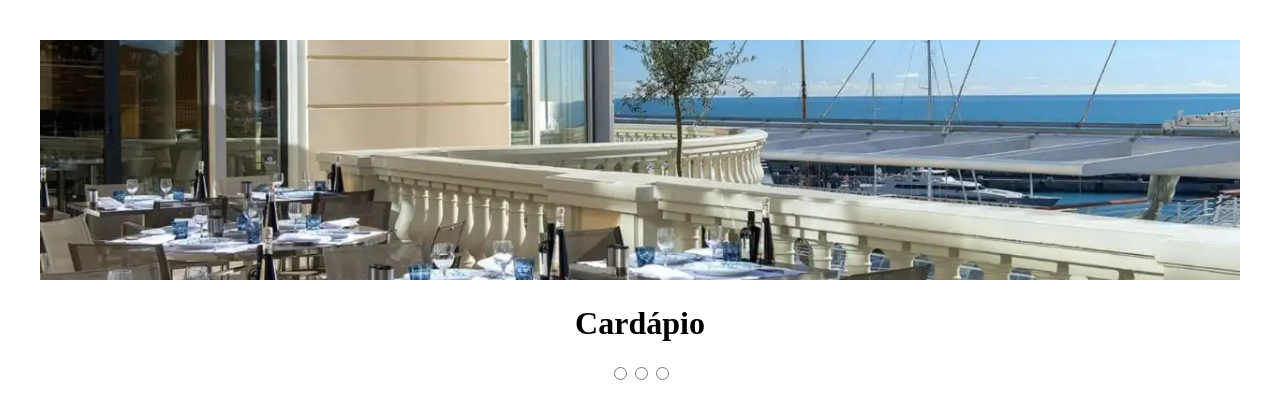
Repository: CarlosEduardoVdeOliveira/cardapio
Page: /
An editor plug-in stored every save of this project. The page is shown before and after the next save, followed by the edit.
The browser window is 1280 px wide. The pictures show the whole page.
The project was rebuilt for these pictures with package versions that can differ from the ones it lists, and the page was loaded fresh each time. Also part of the build but not shown: vite.config.js.

Above is the page before, as saved 2024-02-02 14:24:24.

### src/App.jsx
import "./App.css"
import { Navegacao } from "./Navegacao"
import banner from "./assets/hashtaurante.webp"

export function App() {
  return (
    <>
      <img className="capa" src={banner} alt="imagem do restaurante em Monaco, França, em frente ao mar" />
      <h1>Cardápio</h1>
      <Navegacao />
    </>
  )
}

### src/Navegacao.jsx
export function Navegacao() {
  return (
    <div>
      <input type="radio" name="" id="" />
      <input type="radio" name="" id="" />
      <input type="radio" name="" id="" />
    </div>
  )
}

Loaded but not shown: index.html (common file); src/main.jsx (common file); src/App.css (common file)

After the next save:
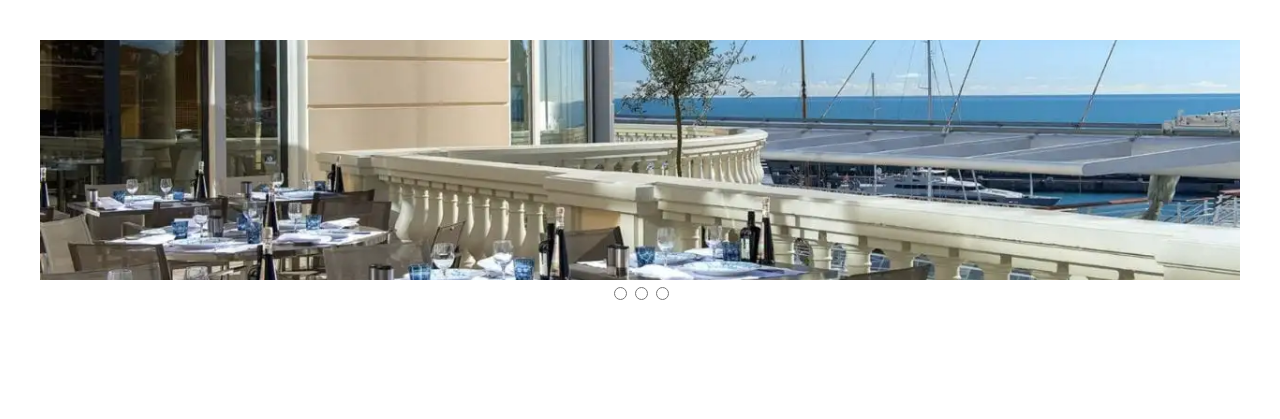
Saved 2 min 36 s later.
--- a/src/App.jsx
+++ b/src/App.jsx
@@ -6,7 +6,6 @@ export function App() {
   return (
     <>
       <img className="capa" src={banner} alt="imagem do restaurante em Monaco, França, em frente ao mar" />
-      <h1>Cardápio</h1>
       <Navegacao />
     </>
   )
